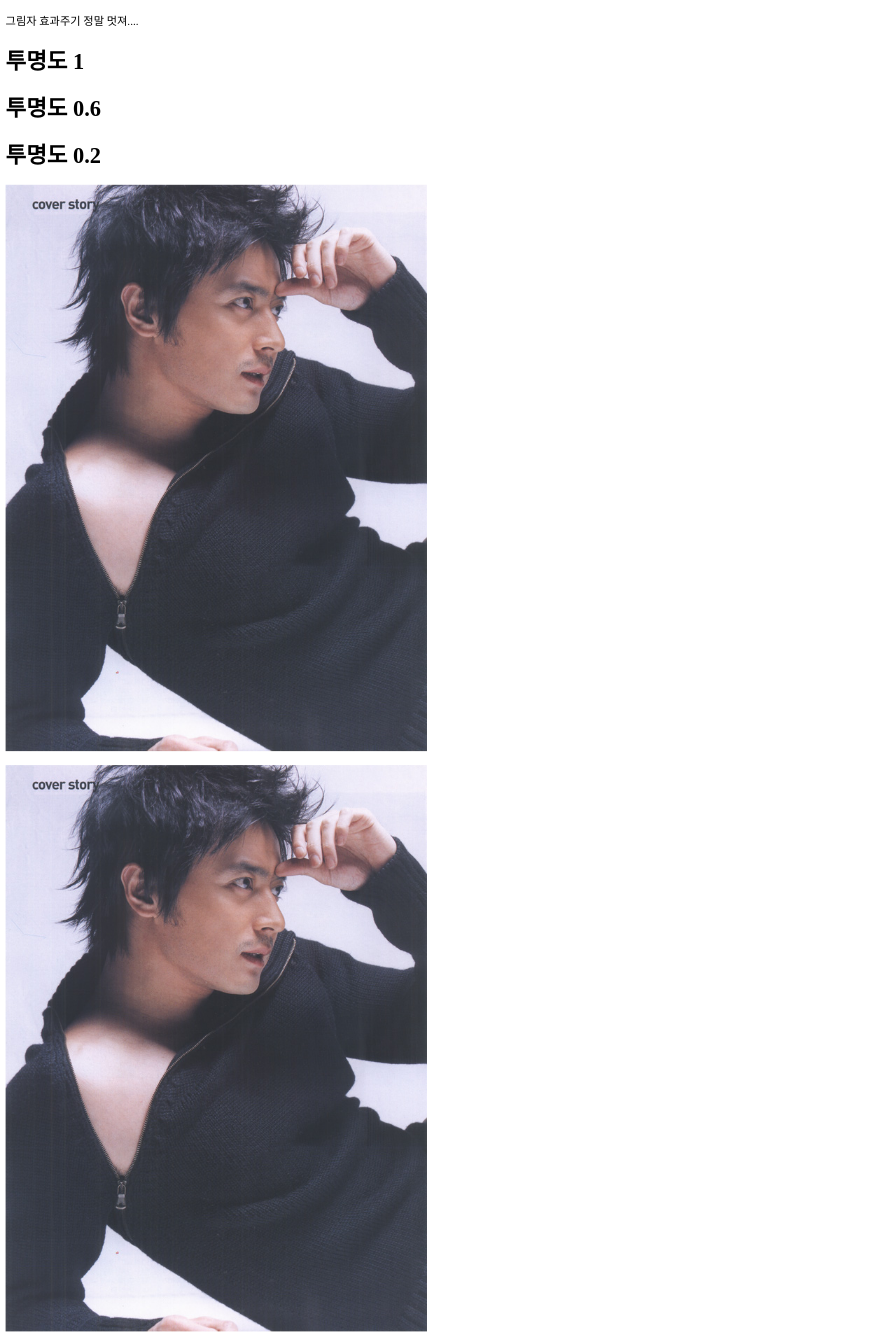
Repository: insunkang/JSP
Page: clientweb/WebContent/css/css_texttest.html
The author's editor kept a copy of each file at every save. The page is drawn from the files as they stood at one save, then again after the next save.
The browser window is 1280 px wide. The pictures show the part of the page from y = 0 to 1920 px (the page is 3937 px tall), at 70% of full size.

Above is the page before, as saved 2020-01-03 02:08:59.

After the next save:
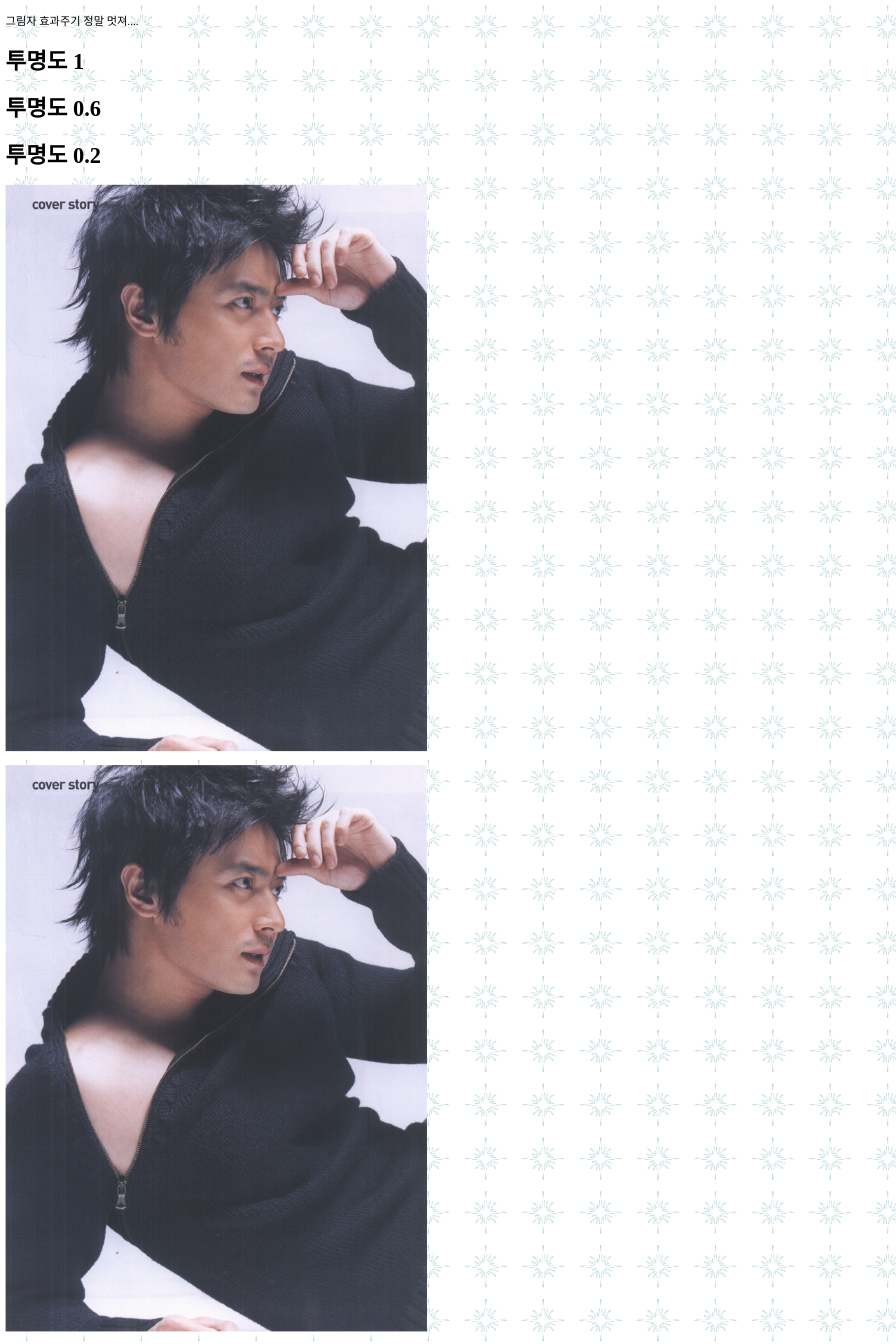
Saved 5 min 36 s later.
--- a/clientweb/WebContent/css/css_texttest.html
+++ b/clientweb/WebContent/css/css_texttest.html
@@ -1,8 +1,13 @@
 <!DOCTYPE html>
 <html>
 <head>
-<meta charset="EUC-KR">
-<title>Insert title here</title>
+	<meta charset="EUC-KR">
+	<title>Insert title here</title>
+	<style type="text/css">
+		body{
+			background-image: url("../images/background.gif");
+		}
+	</style>
 </head>
 <body>
 	<!-- 배경지정하기 -->

After the 4 saves that followed:
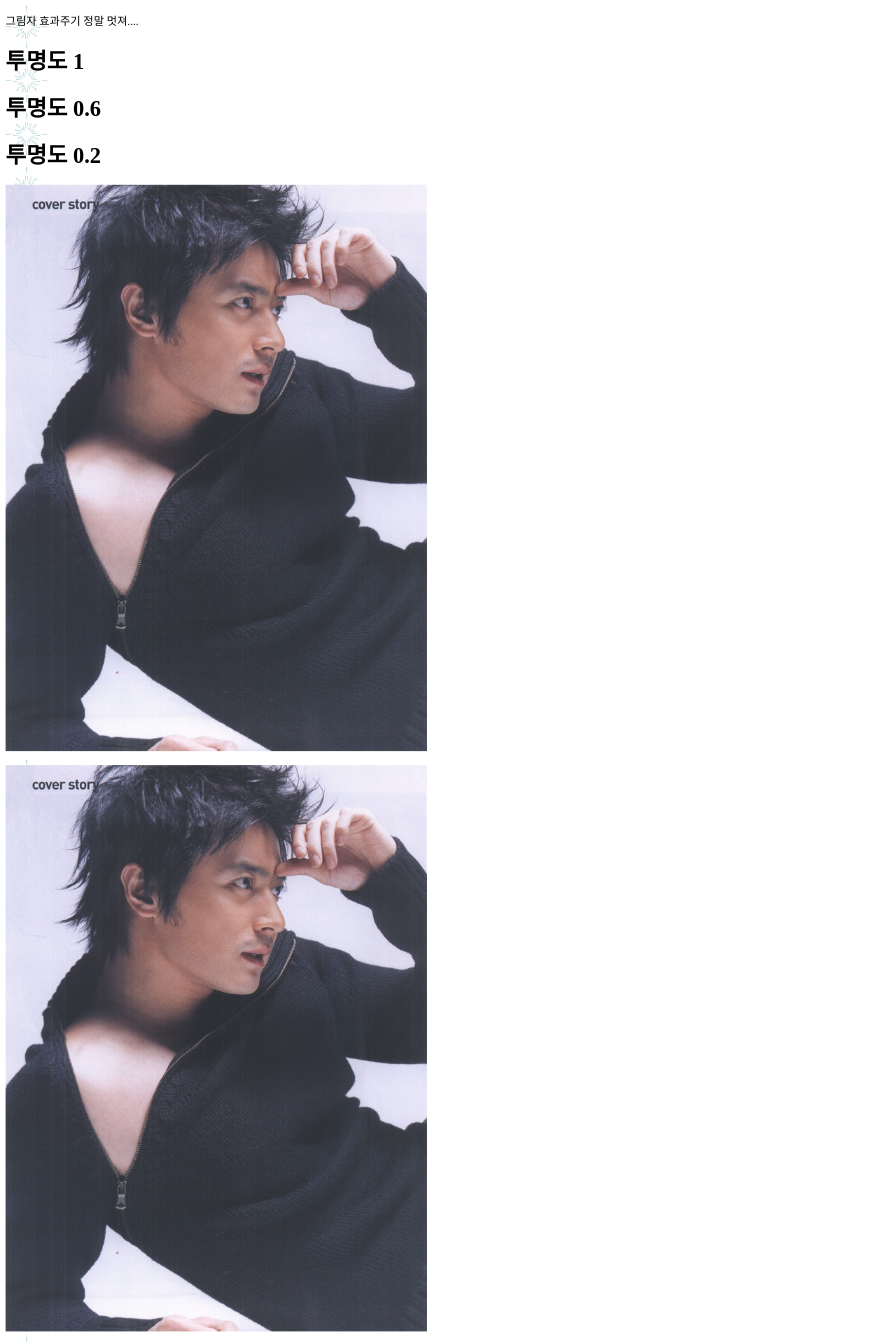
The 4 saves are shown as one change because 3 left the picture as it was.
The last was saved 2 min 33 s later.
--- a/clientweb/WebContent/css/css_texttest.html
+++ b/clientweb/WebContent/css/css_texttest.html
@@ -5,7 +5,10 @@
 	<title>Insert title here</title>
 	<style type="text/css">
 		body{
+			/* css 내부에서 이미지나 파일이나 여러 경로를 정의해야 하는 경우 상대경로,
+			절대경로 속성을 동일하게 적용한다  */
 			background-image: url("../images/background.gif");
+			background-repeat: repeat-y;
 		}
 	</style>
 </head>
